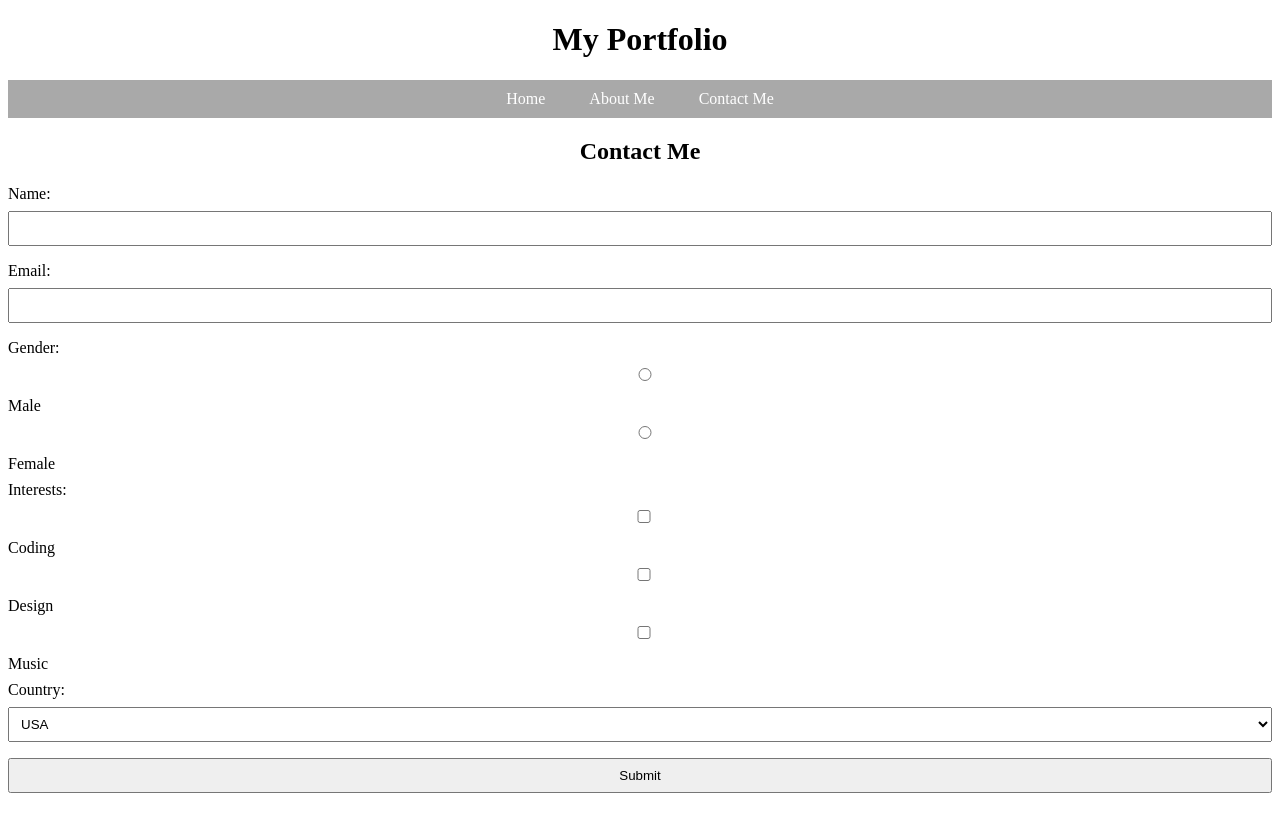
Repository: harshitanthal1/my_portfolio
Page: contactme.html
The author's editor kept a copy of each file at every save. The page is drawn from the files as they stood at one save, then again after the next save.
The browser window is 1280 px wide. The pictures show the whole page.

Above is the page before, as saved 2024-02-04 11:08:38.

### contactme.html
<!DOCTYPE html>
<html lang="en">
<head>
    <meta charset="UTF-8">
    <meta name="viewport" content="width=device-width, initial-scale=1.0">
    <title>My Portfolio</title>
    <link rel="stylesheet" href="styles/styles.css" />
</head>
<body>
    <header><h1>My Portfolio</h1></header>
    <nav>
        <li><a href="index.html" >Home</a></li>
        <li><a href="aboutme.html" >About Me</a></li>
        <li><a href="contactme.html" >Contact Me</a></li>
    </nav>

    <h2>Contact Me</h2>
  <form>
    <label for="name">Name:</label>
    <input type="text" id="name" name="name" required>

    <label for="email">Email:</label>
    <input type="email" id="email" name="email" required>

    <label>Gender:</label>
    <label><input type="radio" name="gender" value="male"> Male</label>
    <label><input type="radio" name="gender" value="female"> Female</label>

    <label for="interests">Interests:</label>
    <label><input type="checkbox" name="interests" value="coding"> Coding</label>
    <label><input type="checkbox" name="interests" value="design"> Design</label>
    <label><input type="checkbox" name="interests" value="music"> Music</label>

    <label for="country">Country:</label>
    <select id="country" name="country">
      <option value="usa">USA</option>
      <option value="canada">Canada</option>
      <option value="uk">UK</option>
    </select>

    <input type="submit" value="Submit">
  </form>
</body>
</html>

### styles/styles.css
header {
    text-align: center;
}

nav {
    background-color: darkgrey;
    color: white;
    padding: 10px;
    text-align: center;
}

li {
    display: inline;
    margin-right: 20px;
    margin-left: 20px;
}

a {
    text-decoration: none;
    color: white;
}

main {
    display: flex;
    flex-direction: row;
}

#profile {
    width: 29%;
    margin-right: 1%;;
    padding: 10px;
    width: 350px;
    border-right: 2px solid black;
}

#info {
    display: flex;
    width: 70%;
    justify-content: space-around;
}

.sub-box {
    width: 30%;
    border: 1.5px solid black;
    border-radius: 25px;
    padding: 10px;
}

h3 {
    text-align: center;
    border-bottom: 1.5px solid black;

}

#profile-summery {
    text-align: justify;
}

#home-intro {
    font-size: 44px;
    margin-left: 3%;
    margin-top: 3%;
    border-left: 2px solid black;
    padding-left: 20px;
}

img {
    border-radius: 50%;
}

h2 {
    text-align: center;
}

label {
    display: block;
    margin-bottom: 8px;
}

input, select {
  width: 100%;
  padding: 8px;
  margin-bottom: 16px;
  box-sizing: border-box;
}

After the next save:
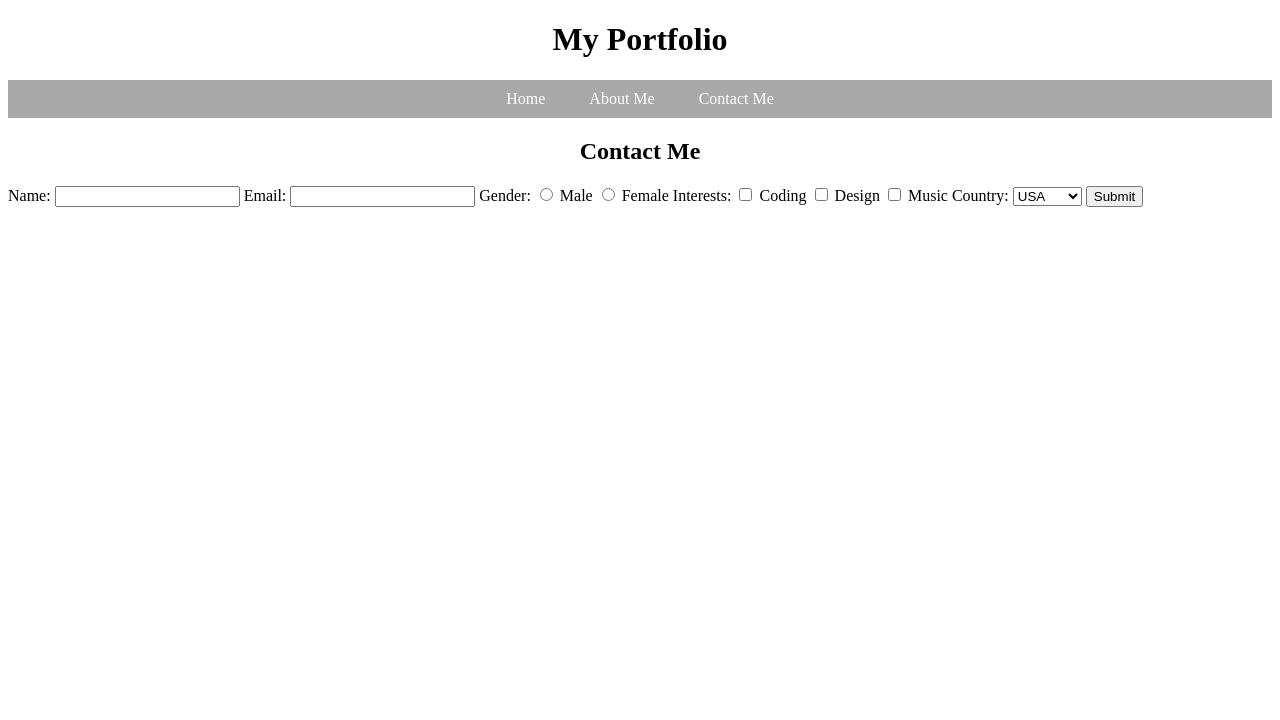
Saved 80 s later.
--- a/styles/styles.css
+++ b/styles/styles.css
@@ -71,15 +71,3 @@ img {
 h2 {
     text-align: center;
 }
-
-label {
-    display: block;
-    margin-bottom: 8px;
-}
-
-input, select {
-  width: 100%;
-  padding: 8px;
-  margin-bottom: 16px;
-  box-sizing: border-box;
-}
